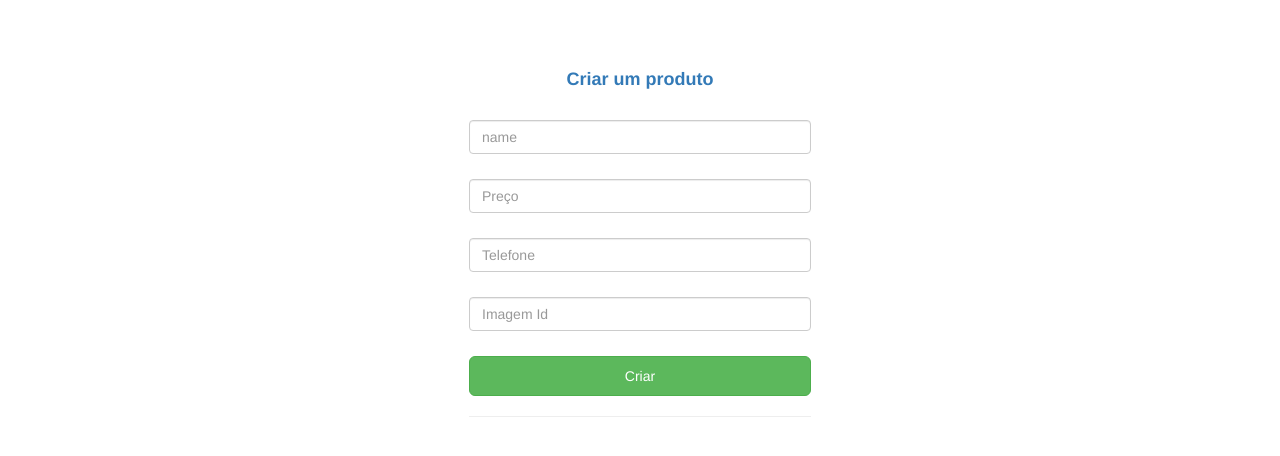
Repository: jaummsilva/DesafioSZ-PHP
Page: http://localhost/App/Views/admin/cadastroProdutoAdmin.phtml
The author's editor kept a copy of each file at every save. The page is drawn from the files as they stood at one save, then again after a run of saves.
The browser window is 1280 px wide. The pictures show the whole page.
Some web libraries are served in a nearby version. The page is run by PHP 8.4 with error messages shown; the project is at /var/www/html/.

Above is the page before, as saved 2023-03-27 09:19:43.
Console error (its wording comes from the project's code and is left out).

After the next 2 saves:
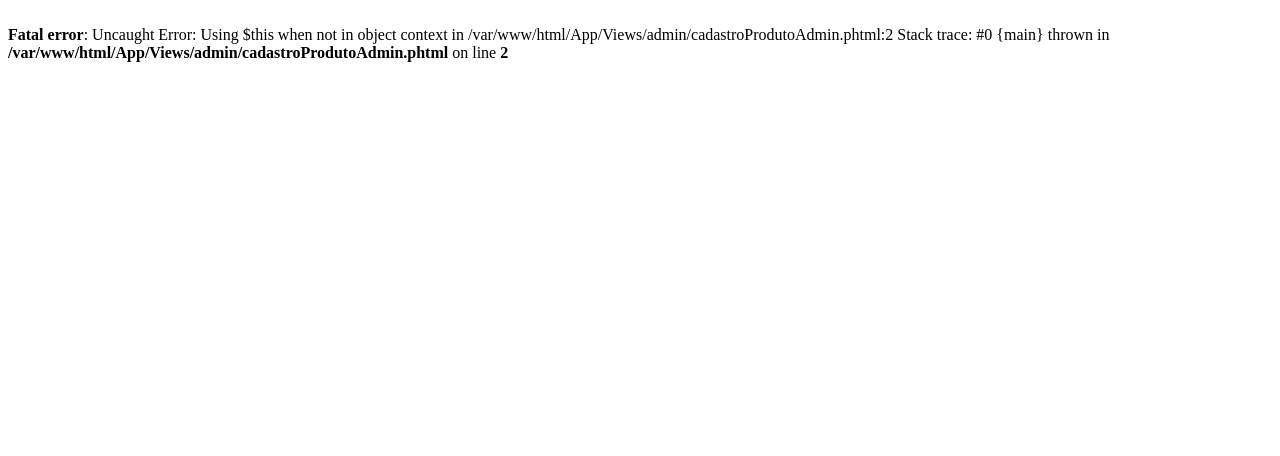
The error is gone.
The 2 saves are shown as one change because they came seconds apart.
The last was saved 27 s later.
--- a/App/Views/admin/cadastroProdutoAdmin.phtml
+++ b/App/Views/admin/cadastroProdutoAdmin.phtml
@@ -1,5 +1,5 @@
 <?php
-
+$errosProduto =  $this->view->errosUsuario;
 ?>
 
 <link href="//netdna.bootstrapcdn.com/bootstrap/3.2.0/css/bootstrap.min.css" rel="stylesheet" id="bootstrap-css">
